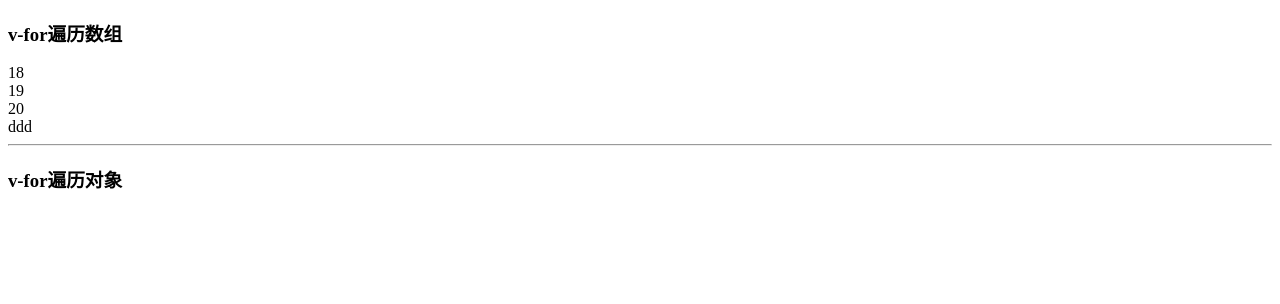
Repository: Gin1217/vueNotes
Page: firstVUE/HTML/template.html
These files come from the project's save history. The page is drawn as it stood at one moment and after the next save; the edit follows.
The browser window is 1280 px wide. The pictures show the whole page.

Above is the page before, as saved 2021-03-19 09:04:29.

### firstVUE/HTML/template.html
<!DOCTYPE html>
<html lang="en">

<head>
    <meta charset="UTF-8">
    <meta http-equiv="X-UA-Compatible" content="IE=edge">
    <meta name="viewport" content="width=device-width, initial-scale=1.0">
    <title>v-for列表渲染练习</title>
</head>

</head>

<body>
    <div id="app" class="box">
        <h3>v-for遍历数组</h3>
        <template v-for="item in persons">
            <div v-if="item.age >20">{{ item.name}}</div>
            <div v-else="item.age >20">{{ item.age}}</div>
        </template>

        <hr>
        <h3>v-for遍历对象</h3>
        <ul>
            <li v-for="(value,key) in students">{{key}} -------{{value}}</li>
        </ul>




    </div>
    <!-- <script src="../js/vue.js"> -->
    <!-- 开发环境版本，包含了有帮助的命令行警告,从CDN引入 -->
    <script src="https://cdn.jsdelivr.net/npm/vue/dist/vue.js"></script>
    <script>
        const app = new Vue({
            el: '#app',
            data: {
                persons: [
                    { name: 'aaa', age: 18 },
                    { name: 'bbb', age: 19 },
                    { name: 'ccc', age: 20 },
                    { name: 'ddd', age: 21 },
                ]
            },
            students: {
                name: 'aba',
                age: 20,
                gender: 'male,'
            },

            methods: {

            }
        })
    </script>
</body>

</html>

After the next save:
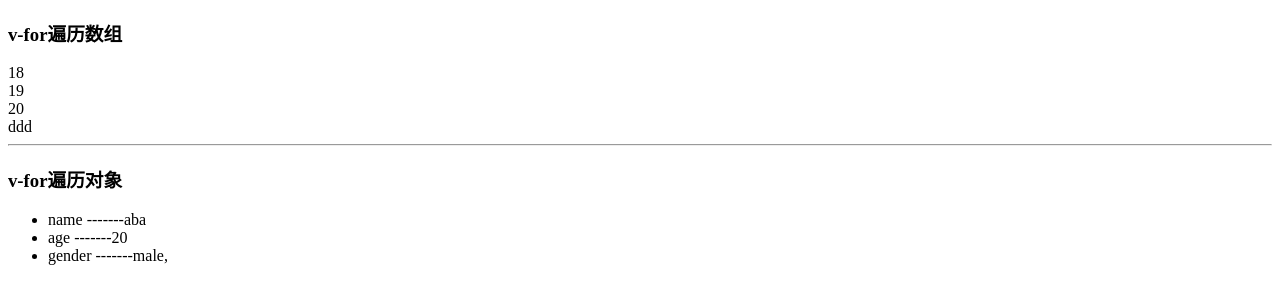
Saved 2 min 27 s later.
--- a/firstVUE/HTML/template.html
+++ b/firstVUE/HTML/template.html
@@ -23,11 +23,9 @@
         <ul>
             <li v-for="(value,key) in students">{{key}} -------{{value}}</li>
         </ul>
+    </div>
 
 
-
-
-    </div>
     <!-- <script src="../js/vue.js"> -->
     <!-- 开发环境版本，包含了有帮助的命令行警告,从CDN引入 -->
     <script src="https://cdn.jsdelivr.net/npm/vue/dist/vue.js"></script>
@@ -40,17 +38,15 @@
                     { name: 'bbb', age: 19 },
                     { name: 'ccc', age: 20 },
                     { name: 'ddd', age: 21 },
-                ]
+                ],
+
+                students: {
+                    name: 'aba',
+                    age: 20,
+                    gender: 'male,'
+                },
             },
-            students: {
-                name: 'aba',
-                age: 20,
-                gender: 'male,'
-            },
-
-            methods: {
-
-            }
+            methods: {}
         })
     </script>
 </body>
